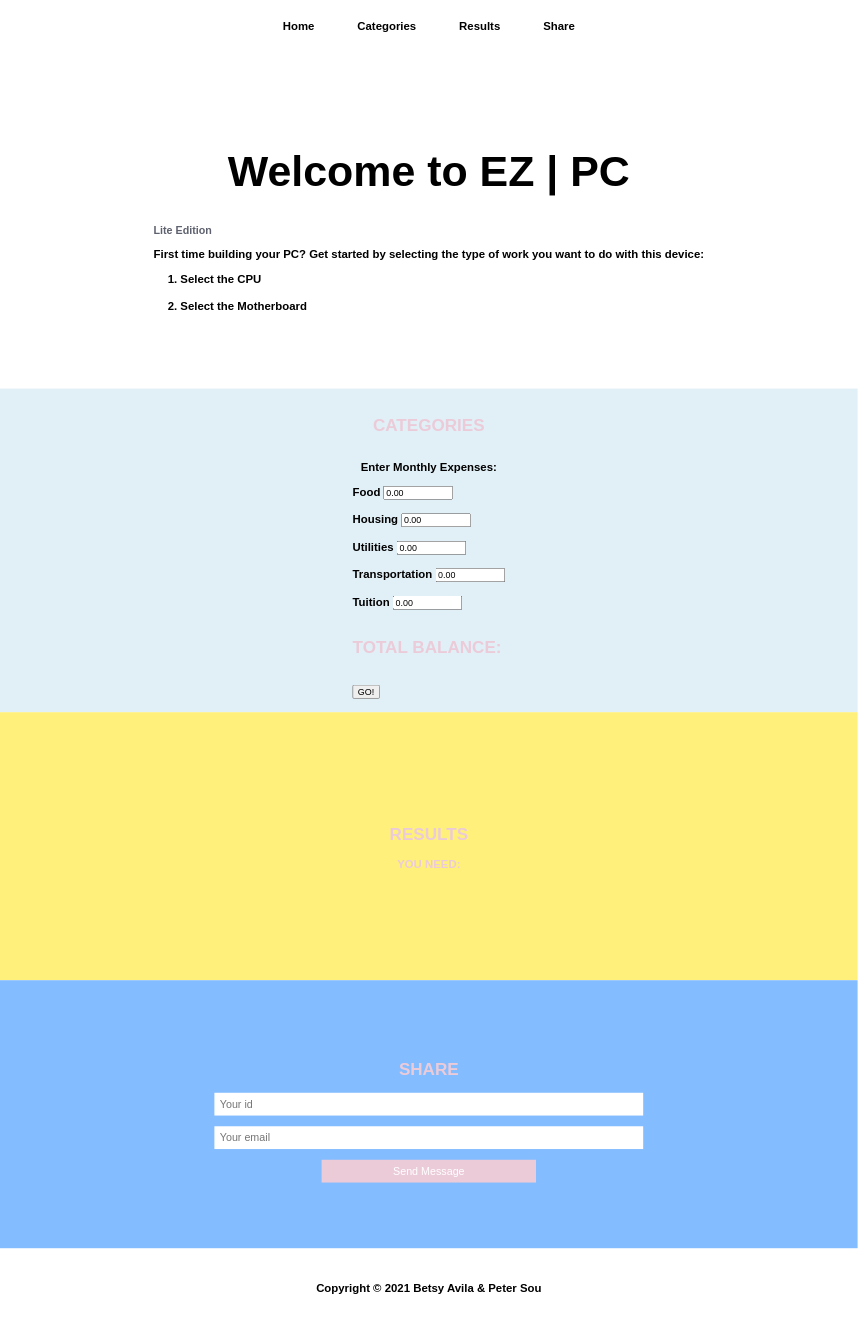
Repository: Peter-Sou/CSE-111-Project-1
Page: http://localhost/
The author's editor kept a copy of each file at every save. The page is drawn from the files as they stood at one save, then again after the next save.
The browser window is 1280 px wide. The pictures show the whole page, at 67% of full size.
Some web fonts or font styles are not loaded; a fallback is used. The page is served by the project's application, run on Django 3.2 (manage.py). Other server files are loaded and not shown.

Above is the page before, as saved 2021-12-07 18:30:18.

### ezPC/EZPCAPP/templates/EZPCAPP/hi.html
{% load static %}
<!DOCTYPE html>
<html lang="en">
<head>
    <meta charset="UTF-8">
    <title>EZ | PC </title>
    <link rel="preconnect" href="https://fonts.gstatic.com">
    <link href="https://fonts.googleapis.com/css2?family=Josefin+Sans:wght@300&display=swap" rel="stylesheet">
    <!--Resposive meta tag to make this webpage page looking good on mobile browser-->
    <meta id="viewport" content="width=device-width, initial-scale=1.0">

    <link rel="shortcut icon" type="image/png" href="assets/favicon.png" />
    <!--Include styles.css file to this webpage-->
    <link rel="stylesheet" href ="{%static 'css/main.css' %}">
    <!--Include script.js file to this webpage-->
    {% comment %} <script type="module" src="script.js"></script> {% endcomment %}
</head>
<body>
    <nav>
		<a href = "#header">Home</a>
		<a href = '#Categories'>Categories</a>
		<a  href = '#Results'>Results</a>
		<a href = "#Share">Share</a>
    </nav>
    <header id = 'header'>
        <div>
            <h1>Welcome to EZ | PC</h1>
            <h3>Lite Edition</h3>
            <p>First time building your PC? Get started by selecting the type of work you want to do with this device: </p>
            <ol>
                <li>Select the CPU</li>
                <br>
                <li>Select the Motherboard</li>
                </ol>
        </div>
        {% comment %} <img src="assets/profile_professional.jpg"> {% endcomment %}
	</header>
    <section id = 'Categories'>
	    <h2>Categories</h2>
		<p><strong>Enter Monthly Expenses:</strong> </p>

		<form>
		    <div>
			    <label for = "food">Food</label>
				<input type="number" id= "Food" min="0.00" step="0.01" max="30000" value="0.00" />
			</div>
			<br>
			<div>
			    <label for = "Housing">Housing</label>
				<input type="number" id="Housing" min="0.00" step="0.01" max="30000" value="0.00" />
			</div>
			<br>
			<div>
			    <label for = "Utilities">Utilities</label>
				<input type="number" id= "Utilities" min="0.00" step="0.01" max="30000" value="0.00" />
			</div>
			<br>
			<div>
			    <label for = "Transportation">Transportation</label>
				<input type="number" id= "Transportation" min="0.00" step="0.01" max="30000" value="0.00" />
			</div>
			<br>
			<div>
			    <label for = "Tuition">Tuition</label>
				<input type="number" id = "Tuition" min="0.00" step="0.01" max="30000" value="0.00" />
			</div>
			<br>
			<div>
			    <h2>Total Balance: </h2>
				<h2 id = "total"></h2>
            </div>
			<br>
            <button onclick = "CalcSum()">GO!</button>
		</form>

		</section>
		<section id = 'Results'>
			<div>
				<h2>Results</h2>
				<p id = "total">You need: </p>
			</div>
		</section>
		<section id = 'Share'>
			<h2>Share</h2>
			<form action = '/survey/checkout' method = 'post' enctype= "multipart/form-data">
				<input type="id" placeholder='Your id' required>
				<input type="email" placeholder='Your email' required>
				<button>Send Message</button>
				<input type='hidden' id='redirecturl' value='thankyou.html'>
				<input type='hidden' id='survey' value='Share'>
			</form>
		</section>

		<main></main>
		<footer id = "foot">
			<div>Copyright © 2021 Betsy Avila & Peter Sou</div>
		</footer>
	</body>

</html>

### ezPC/EZPCAPP/views.py
from django.shortcuts import render
from django.http import HttpResponse
def hi(request):
    return render(request,'EZPCAPP/hi.html')

### ezPC/ezPC/urls.py
"""ezPC URL Configuration

The `urlpatterns` list routes URLs to views. For more information please see:
    https://docs.djangoproject.com/en/3.2/topics/http/urls/
Examples:
Function views
    1. Add an import:  from my_app import views
    2. Add a URL to urlpatterns:  path('', views.home, name='home')
Class-based views
    1. Add an import:  from other_app.views import Home
    2. Add a URL to urlpatterns:  path('', Home.as_view(), name='home')
Including another URLconf
    1. Import the include() function: from django.urls import include, path
    2. Add a URL to urlpatterns:  path('blog/', include('blog.urls'))
"""
from django.contrib import admin
from django.urls import path, include


urlpatterns = [
    path('admin/', admin.site.urls),
    path('', include('EZPCAPP.urls'))
]

### ezPC/EZPCAPP/urls.py

from django.urls import path
from . import views

urlpatterns = [
    path('', views.hi, name="home-page"),
]

### ezPC/EZPCAPP/static/css/main.css
*{
	box-sizing: border-box;
}
html{
	scroll-behavior: smooth;
}

body {
	display:flex;
	flex-direction: column;
	align-items:center;
	justify-content:space-between;

	margin:0;
	padding:0;
	min-height:100vh;

	font-family: 'Josefin Sans', sans-serif;/*link href in the head tag*/
	font-size: 17px;
	font-weight:bold;
}

body > * {
	display: flex;
	align-items: center;
	justify-content:center;

}
nav{
	color: black;
	background-color: white;
	height:80px;
	width: 100%;

	max-width:500px;
	justify-content: space-around;
	flex-wrap: wrap;

	position: sticky;
	top:0;
}
/*select all a elements/tags in nav*/
nav a{
	text-decoration: none;
	color: black;
	margin: 0 12px;

}
nav > a{
	margin: 0 10px;
	color: black;
}

a: hover{
	color:#80ffe8;
}

header {
	color:black;
	background-color: white;
	height:500px;
	width:100%;
}
header h1 {
	font-size: 64px;
	text-align: center;
}

header h2 {
	font-size: 40px;
	margin: 0;
	color: #eccbd9;
	/* Make all of the characters to uppercase*/
	text-transform: uppercase;
}

header h3 {
	font-size: 16px;
	margin: 0;
	color: #5E616E;
	text-align:left;
}

header img {
	max-width: 100%;
	height: auto;
	background-color: #fff;
	border-radius: 100%;
	margin-left: 40px;
}

#Categories{
	color:black;
	background-color:#E1EFF6;
	min-height:400px;
	width:100%;
	padding: 20px 0;
	flex-direction: column;

}

#Categories h2{
	color: #eccbd9;
	text-transform:uppercase;
}

#Results{

	color:black;
	background-color:#fff07c;
	min-height:400px;
	width:100%;
	padding: 20px 0;


	display: flex;
	align-items: center;
	justify-content: center;

}
#Results{
	color: #eccbd9;
	text-transform:uppercase;
}

#Results > div{
	max-width:auto;
	width:100%;
	/* padding: top right bottom left */
	padding: 16px 40px 16px 40px;

	/*a in rgba is the alpha channel that specifies the opacity for a color
	background-color: rgba(0, 0, 0, 0.4);*/
	margin:20px 0;
	/* Define the text color in this div box*/
	text-align: center;

}

#Share{
	color:black;
	background-color:#83bcff;
	min-height:400px;
	padding: 20px 0;
	width:100%;
	flex-direction: column; /*keeps the text in the  middle of the colored square*/
}

#Share h2{
	color: #eccbd9;
	text-transform: uppercase;
}

#Share form{
	max-width:640px;
	width:100%;
	display:flex;
	flex-direction: column;
	align-items:center;
}

#Share form >*{
	font-family: 'Josefin Sans', sans-serif;
}

#Share input{
	width:100%;
	font-size: 16px;
	padding: 8px;
	border: none;
	margin-bottom: 16px;

}

#Share textarea{
	width:100%;
	font-size: 16px;
	padding: 8px;
	border: none;
	margin-bottom: 16px;
	height: 120px;
	resize: none;
}

#Share button{
	width: 50%;
	background-color: #eccbd9;
	color:white;
	padding: 8px 16px;
	font-size: 16px;
	border:none;
	cursor:pointer;

}

footer {
	height: 120px;
	display: flex;
	flex-direction: column;
	align-items: center;
	justify-content: center;

}

footer .links{
	display:flex;
	align-items:center;
	justify-content: space-evenly;
	width:120px;
	margin-bottom:8px;

}

footer .links img{
	max-width:100%;
	height:auto;
}

After the next save:
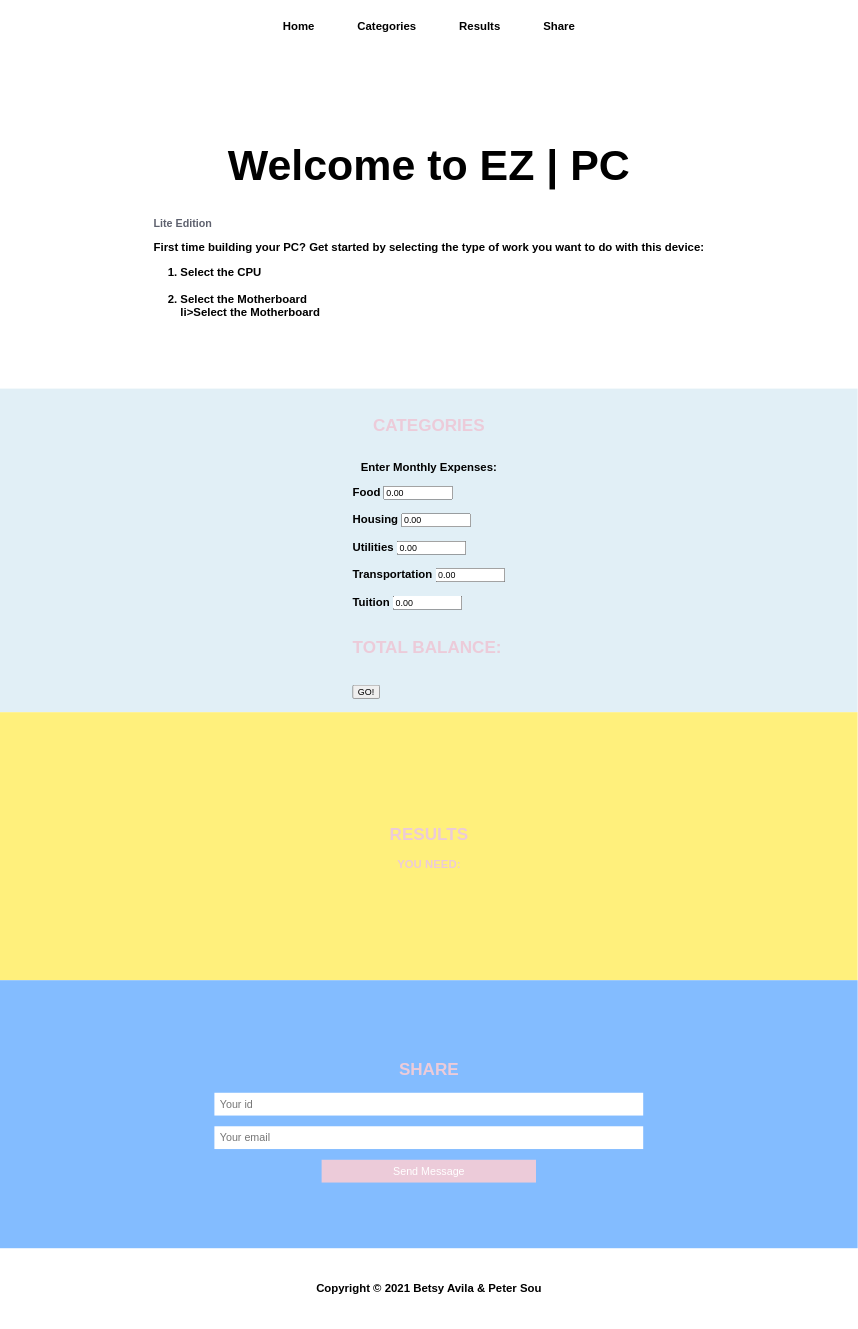
Saved 9 s later.
--- a/ezPC/EZPCAPP/templates/EZPCAPP/hi.html
+++ b/ezPC/EZPCAPP/templates/EZPCAPP/hi.html
@@ -31,6 +31,7 @@
                 <li>Select the CPU</li>
                 <br>
                 <li>Select the Motherboard</li>
+                li>Select the Motherboard</li>
                 </ol>
         </div>
         {% comment %} <img src="assets/profile_professional.jpg"> {% endcomment %}
